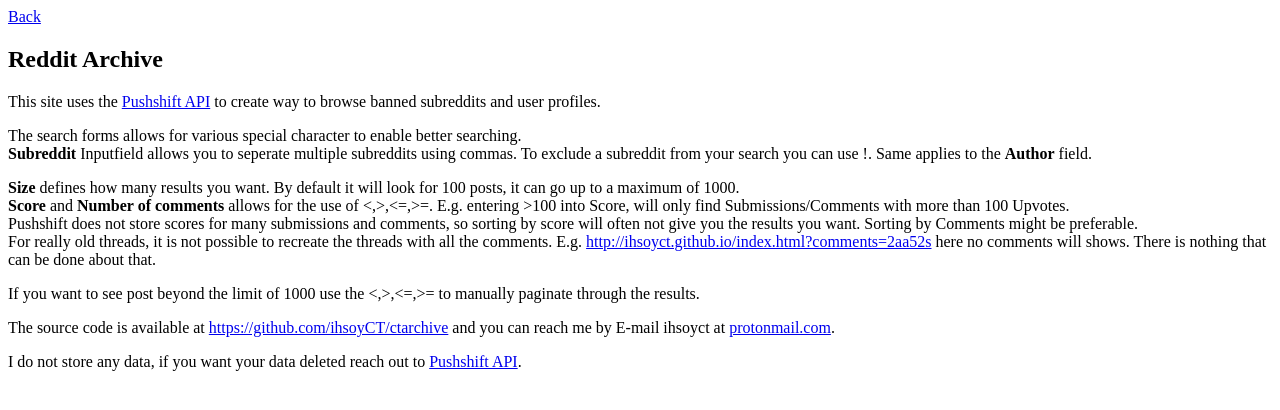
Repository: ihsoyCT/ctarchive
Page: dist/changelog.html
An editor plug-in stored every save of this project. The page is shown before and after the next save, followed by the edit.
The browser window is 1280 px wide. The pictures show the whole page.

Above is the page before, as saved 2022-05-03 17:26:37.

### dist/changelog.html
<!DOCTYPE html>
<html>
  <head>
    <title>Reddit Archive - Changelog</title>
  </head>
  <body>
    <a href="./index.html">Back</a>
    <h2 id="reddit-archive">Reddit Archive</h2>
    <p>
      This site uses the <a href="http://pushshift.io">Pushshift API</a> to
      create way to browse banned subreddits and user profiles.
    </p>
    <p>
      The search forms allows for various special character to enable better
      searching.<br />
      <strong>Subreddit</strong> Inputfield allows you to seperate multiple
      subreddits using commas. To exclude a subreddit from your search you can
      use !. Same applies to the <strong>Author</strong> field.
    </p>
    <p>
      <strong>Size</strong> defines how many results you want. By default it
      will look for 100 posts, it can go up to a maximum of 1000.<br />
      <strong>Score</strong> and <strong>Number of comments</strong> allows for
      the use of &lt;,&gt;,&lt;=,&gt;=. E.g. entering &gt;100 into Score, will
      only find Submissions/Comments with more than 100 Upvotes.<br />
      Pushshift does not store scores for many submissions and comments, so
      sorting by score will often not give you the results you want. Sorting by
      Comments might be preferable.<br />
      For really old threads, it is not possible to recreate the threads with
      all the comments. E.g.
      <a href="http://ihsoyct.github.io/index.html?comments=2aa52s"
        >http://ihsoyct.github.io/index.html?comments=2aa52s</a
      >
      here no comments will shows. There is nothing that can be done about that.
    </p>
    <p>
      If you want to see post beyond the limit of 1000 use the
      &lt;,&gt;,&lt;=,&gt;= to manually paginate through the results.
    </p>
    <p>
      The source code is available at
      <a href="https://github.com/ihsoyCT/ctarchive"
        >https://github.com/ihsoyCT/ctarchive</a
      >
      and you can reach me by E-mail ihsoyct at
      <a href="http://protonmail.com">protonmail.com</a>.
    </p>
    <p>
      I do not store any data, if you want your data deleted reach out to
      <a href="http://pushshift.io">Pushshift API</a>.
    </p>
  </body>
</html>

After the next save:
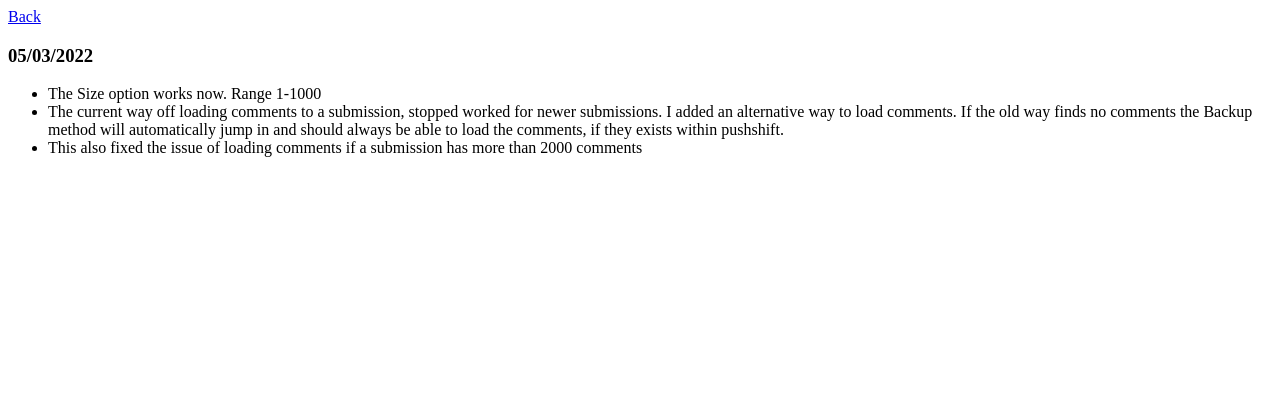
Saved 4 min 55 s later.
--- a/dist/changelog.html
+++ b/dist/changelog.html
@@ -5,49 +5,16 @@
   </head>
   <body>
     <a href="./index.html">Back</a>
-    <h2 id="reddit-archive">Reddit Archive</h2>
-    <p>
-      This site uses the <a href="http://pushshift.io">Pushshift API</a> to
-      create way to browse banned subreddits and user profiles.
-    </p>
-    <p>
-      The search forms allows for various special character to enable better
-      searching.<br />
-      <strong>Subreddit</strong> Inputfield allows you to seperate multiple
-      subreddits using commas. To exclude a subreddit from your search you can
-      use !. Same applies to the <strong>Author</strong> field.
-    </p>
-    <p>
-      <strong>Size</strong> defines how many results you want. By default it
-      will look for 100 posts, it can go up to a maximum of 1000.<br />
-      <strong>Score</strong> and <strong>Number of comments</strong> allows for
-      the use of &lt;,&gt;,&lt;=,&gt;=. E.g. entering &gt;100 into Score, will
-      only find Submissions/Comments with more than 100 Upvotes.<br />
-      Pushshift does not store scores for many submissions and comments, so
-      sorting by score will often not give you the results you want. Sorting by
-      Comments might be preferable.<br />
-      For really old threads, it is not possible to recreate the threads with
-      all the comments. E.g.
-      <a href="http://ihsoyct.github.io/index.html?comments=2aa52s"
-        >http://ihsoyct.github.io/index.html?comments=2aa52s</a
-      >
-      here no comments will shows. There is nothing that can be done about that.
-    </p>
-    <p>
-      If you want to see post beyond the limit of 1000 use the
-      &lt;,&gt;,&lt;=,&gt;= to manually paginate through the results.
-    </p>
-    <p>
-      The source code is available at
-      <a href="https://github.com/ihsoyCT/ctarchive"
-        >https://github.com/ihsoyCT/ctarchive</a
-      >
-      and you can reach me by E-mail ihsoyct at
-      <a href="http://protonmail.com">protonmail.com</a>.
-    </p>
-    <p>
-      I do not store any data, if you want your data deleted reach out to
-      <a href="http://pushshift.io">Pushshift API</a>.
-    </p>
+    <h3 id="section">05/03/2022</h3>
+    <ul>
+    <li>The Size option works now. Range 1-1000</li>
+    <li>The current way off loading comments to a submission, stopped worked for newer submissions. I added an alternative way to load comments. If the old way finds no comments the Backup method will automatically jump in and should always be able to load the comments, if they exists within pushshift.</li>
+    <li>This also fixed the issue of loading comments if a submission has more than 2000 comments</li>
+    </ul>
+    </div>
+    </body>
+
+    </html>
+
   </body>
 </html>
